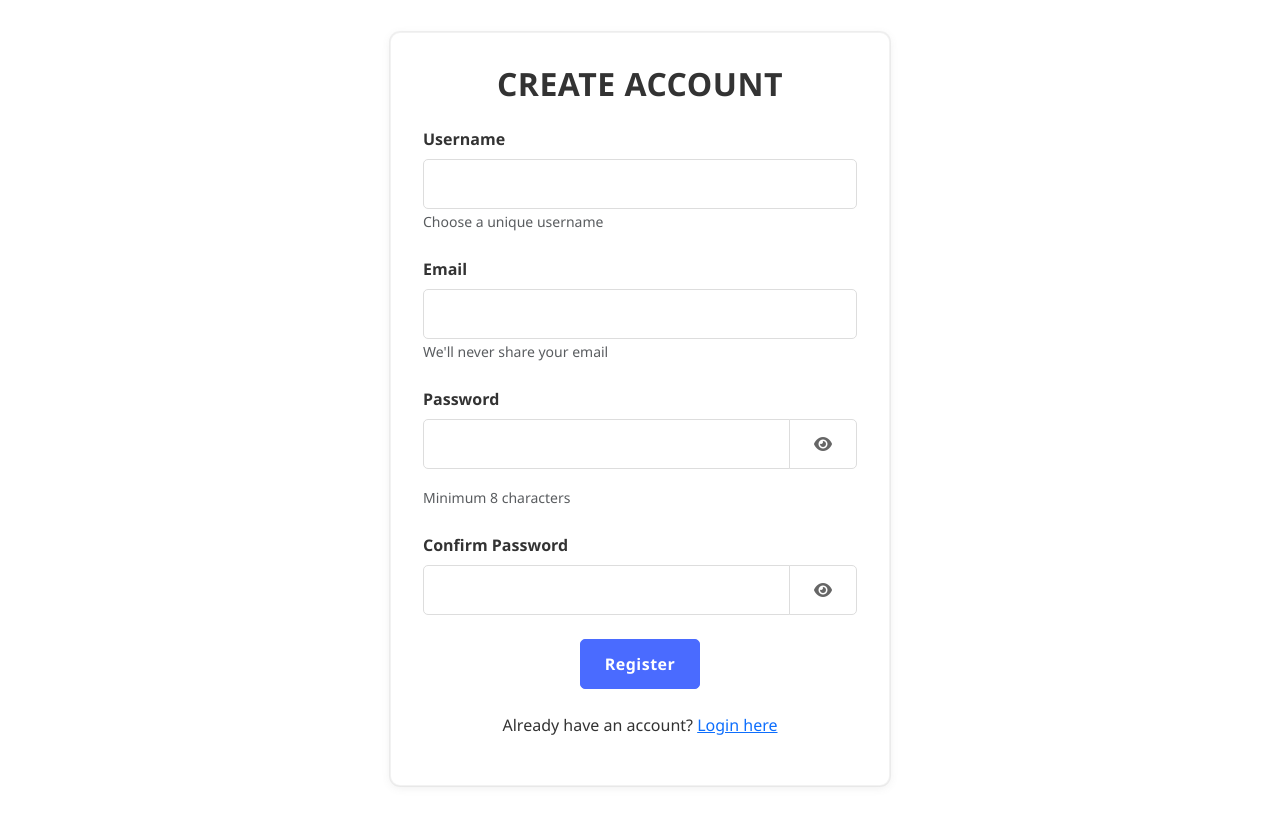
Repository: Satyaveni-Devisetti/DocVault
Page: register.html
An editor plug-in stored every save of this project. The page is shown before and after the next save, followed by the edit.
The browser window is 1280 px wide. The pictures show the whole page.

Above is the page before, as saved 2025-04-28 14:35:55.

After the next save:
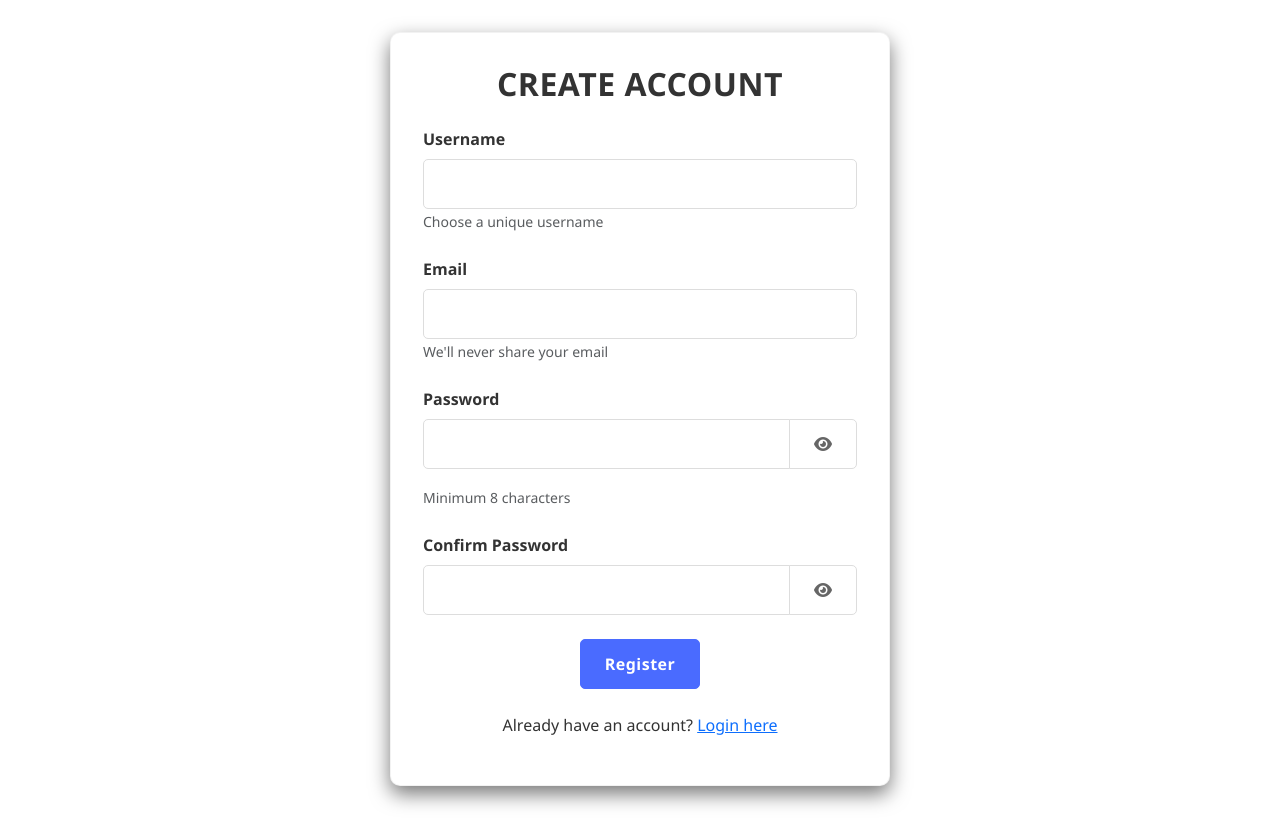
Saved 16 s later.
--- a/register.html
+++ b/register.html
@@ -12,7 +12,7 @@
     <div class="container">
         <div class="row justify-content-center">
             <div class="col-md-6">
-                <div class="form-container fade-in" >
+                <div class="form-container fade-in" style="box-shadow: 0 8px 20px rgba(0, 0, 0, 0.534);">
                     <h2 class="text-center mb-4">Create Account</h2>
                     <div id="alert-container"></div>
                     <form id="register-form">
